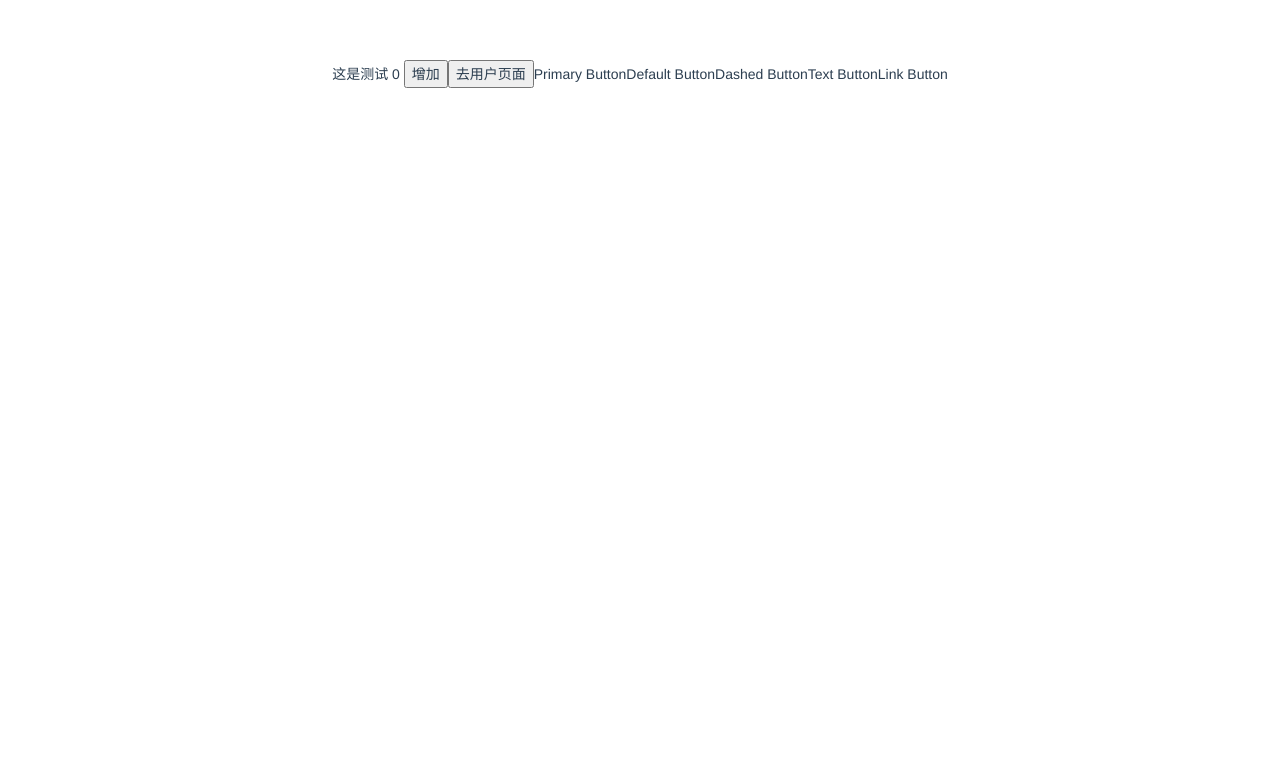
Repository: long3268671/vue3-vite-ts-antD
Page: /
An editor plug-in stored every save of this project. The page is shown before and after the next save, followed by the edit.
The browser window is 1280 px wide. The pictures show the whole page.
The project was rebuilt for these pictures with package versions that can differ from the ones it lists, and the page was loaded fresh each time. Also part of the build but not shown: vite.config.ts.

Above is the page before, as saved 2021-12-16 15:38:16.

After the next save:
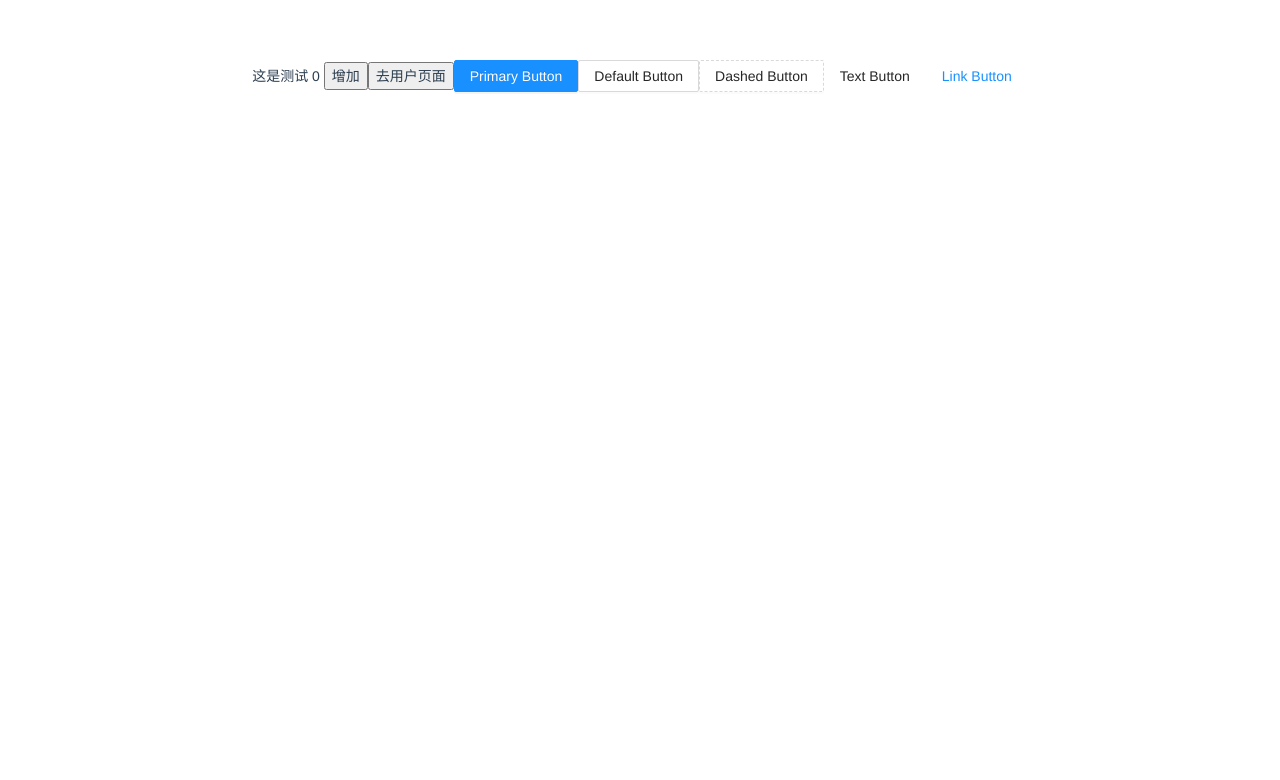
Saved 8 s later.
--- a/src/main.ts
+++ b/src/main.ts
@@ -10,4 +10,4 @@ console.log(import.meta.env.VITE_APP_BASE_API);
 // title
 console.log(import.meta.env.VITE_APP_TITLE);
 
-createApp(App).use(router).use(store, key).mount('#app')
+createApp(App).use(router).use(store, key).use(Antd).mount('#app')
